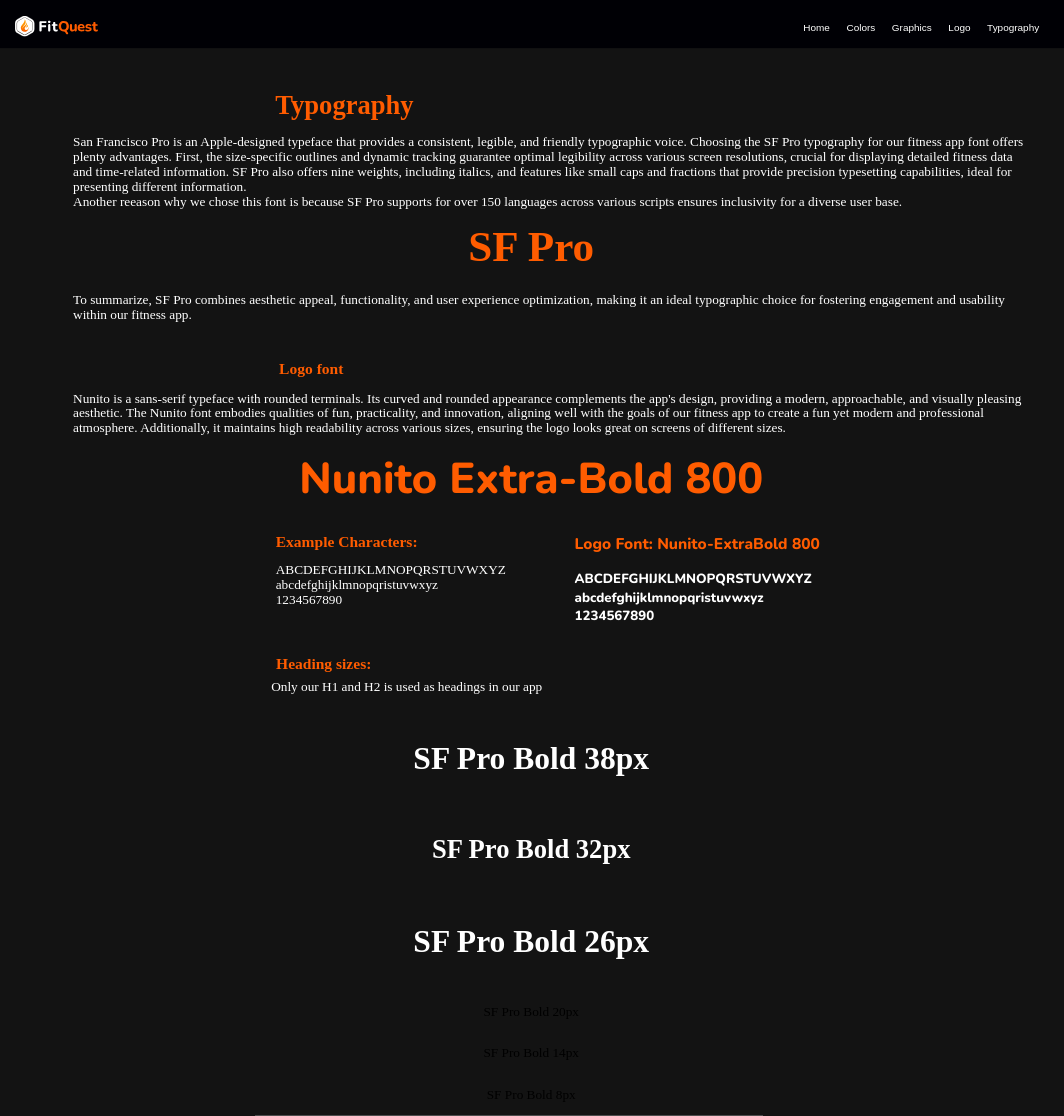
Repository: KyannaKrueger/a5styleguide
Page: /typography
These files come from the project's save history. The page is drawn as it stood at one moment and after the next save; the edit follows.
The browser window is 1280 px wide. The page is 1282 px wide, so the pictures cover 1282 px, including what lies to the right of the window. The pictures show the whole page, at 83% of full size.
The project was rebuilt for these pictures with package versions that can differ from the ones it lists, and the page was loaded fresh each time. The framework's server and built-in components were replaced by stand-ins that run in the browser. Also part of the build but not shown: next.config.mjs.

Above is the page before, as saved 2024-04-07 19:06:32.

After the next save:
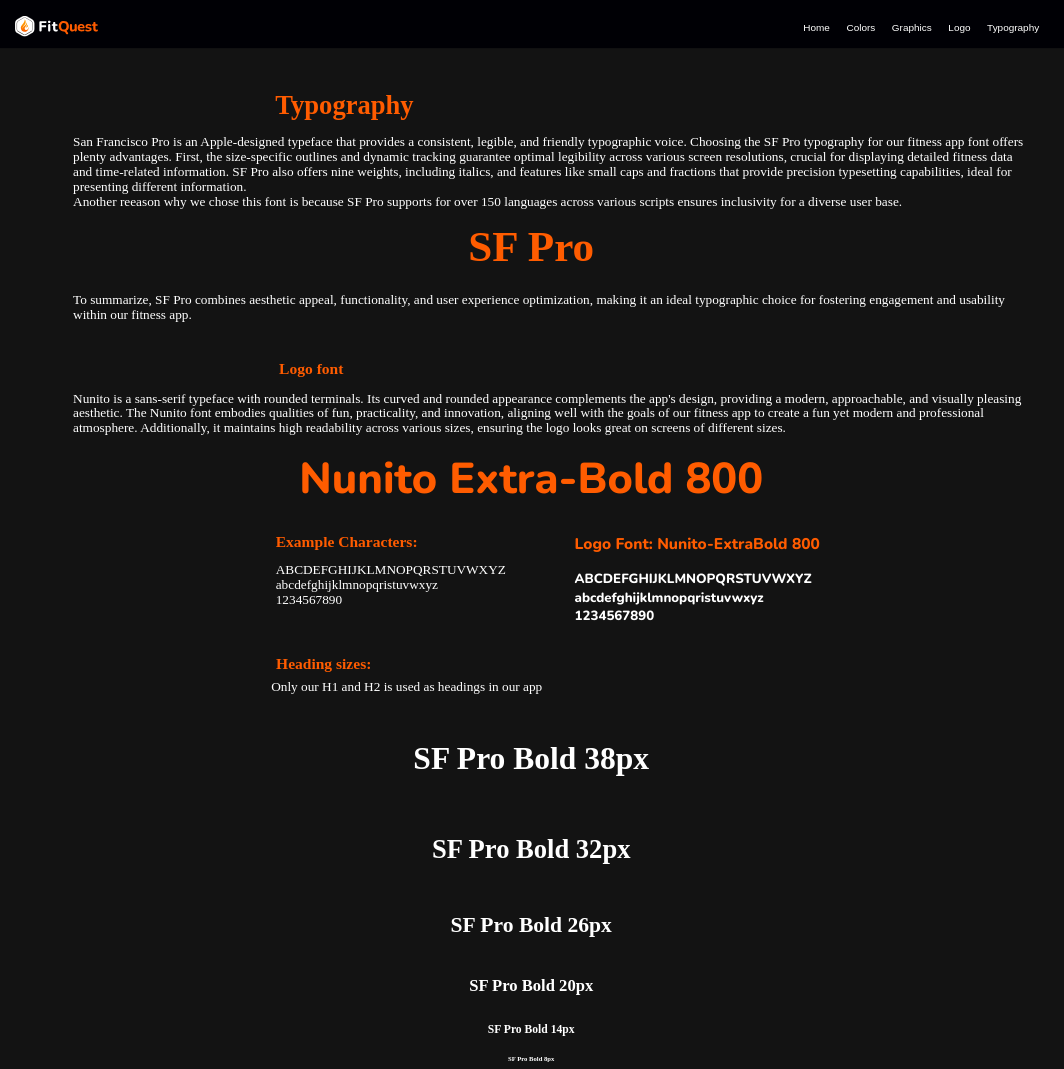
Saved 112 s later.
--- a/styles/typography.module.css
+++ b/styles/typography.module.css
@@ -142,17 +142,26 @@
     font-family: SF Pro;
     font-weight:bold;
     color:#fff;
-    font-size: 38px;
+    font-size: 26px;
 }
 
 .hFour {
-
+    font-family: SF Pro;
+    font-weight:bold;
+    color:#fff;
+    font-size: 20px;
 }
 
 .hFive {
-
+    font-family: SF Pro;
+    font-weight:bold;
+    color:#fff;
+    font-size: 14px;
 }
 
 .hSix {
-
+    font-family: SF Pro;
+    font-weight:bold;
+    color:#fff;
+    font-size: 8px;
 }
